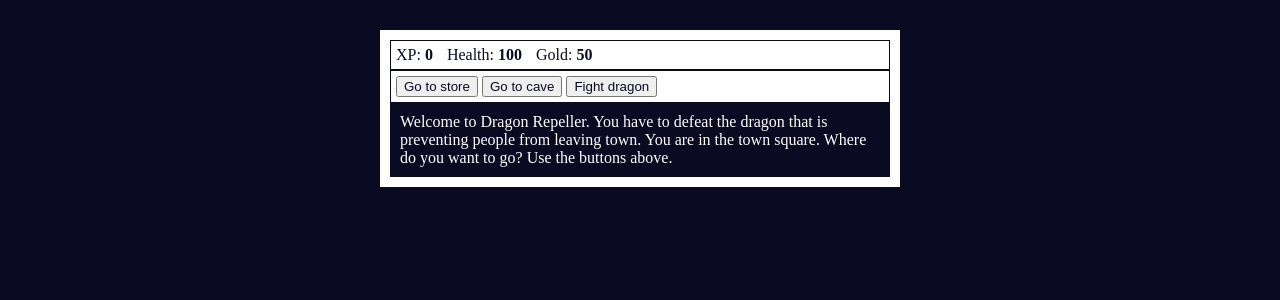
Repository: Lungdjos/role_playing_game
Page: index.html
An editor plug-in stored every save of this project. The page is shown before and after a run of saves, followed by the edit.
The browser window is 1280 px wide. The pictures show the whole page.

Above is the page before, as saved 2024-02-07 08:48:41.

### index.html
<!DOCTYPE html>
<html lang="en">

<head>
    <meta charset="UTF-8">
    <meta name="viewport" content="width=device-width, initial-scale=1.0">
    <title>RPG - Dragon Repeller</title>
    <link rel="stylesheet" href="./styles.css">

</head>

<body>
    <div id="game">
        <div id="stats">
            <span class="stat">XP: <strong><span id="xpText">0</span></strong>
            </span>
            <span class="stat">Health: <strong><span id="healthText">100</span></strong>
            </span>
            <span class="stat">Gold: <strong><span id="goldText">50</span></strong>
            </span>
        </div>
        <div id="controls">
            <button id="button1">Go to store</button>
            <button id="button2">Go to cave</button>
            <button id="button3">Fight dragon</button>
        </div>
        <div id="monsterStats">
            <span class="stat">
                Monster Name: <strong><span id="monsterName"></span></strong>
            </span>
            <span class="stat">
                Health: <strong><span id="monsterHealth"></span></strong>
            </span>
        </div>
        <div id="text">
            Welcome to Dragon Repeller. You have to defeat the dragon that is preventing people from leaving town. You are in the town square. Where do you want to go? Use the buttons above.
        </div>
    </div>

    <!-- JavaScript files -->
    <script src="./script.js"></script>
</body>

</html>

### styles.css
/** Main CSS */

body {
    background-color: #0a0a23;
}


/* text styling */

#text {
    background-color: #0a0a23;
    color: #fff;
    padding: 10px;
}


/* game styling */

#game {
    background-color: #fff;
    color: #fff;
    max-width: 500px;
    max-height: 400px;
    margin: 30px auto 0 auto;
    padding: 10px;
}


/* stats and controls styling */

#controls,
#stats {
    border: 1px solid #0a0a23;
    color: #0a0a23;
    padding: 5px;
}

.stat {
    padding-right: 10px;
}


/* monster stats styling */

#monsterStats {
    border: 1px solid #0a0a23;
    padding: 5px;
    color: #fff;
    background-color: #c70d0d;
    display: none;
}


/* styling for buttons */

button {
    cursor: pointer;
    color: #0a0a23;
    background-color: ;
}

### script.js
/**
 * Main JavaScript
 */

'use strict';

// variables
let xp = 0;
let health = 100;
let gold = 50;
let currentWeapon = 0;
let fighting;
let monsterHealth;
let inventory = ['stick'];

// query selectors
const button1 = document.querySelector('#button1');
const button2 = document.querySelector('#button2');
const button3 = document.querySelector('#button3');

After the next 2 saves:
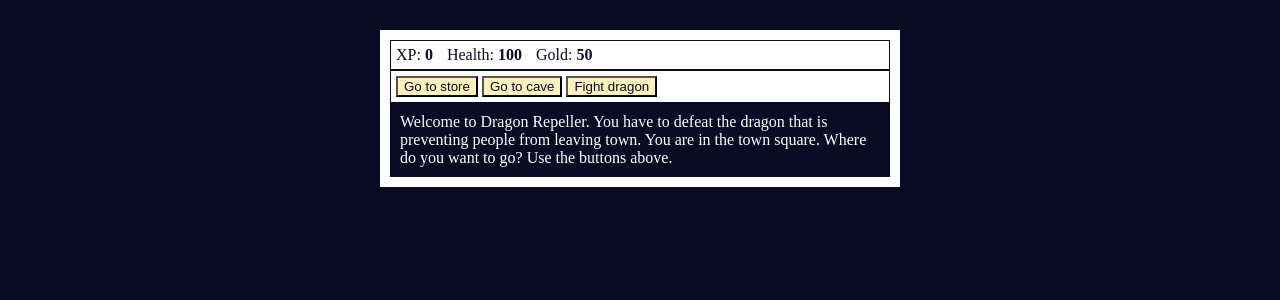
The 2 saves are shown as one change because they came seconds apart.
The last was saved 15 s later.
--- a/styles.css
+++ b/styles.css
@@ -56,5 +56,5 @@ body {
 button {
     cursor: pointer;
     color: #0a0a23;
-    background-color: ;
+    background-color: #feac;
 }
